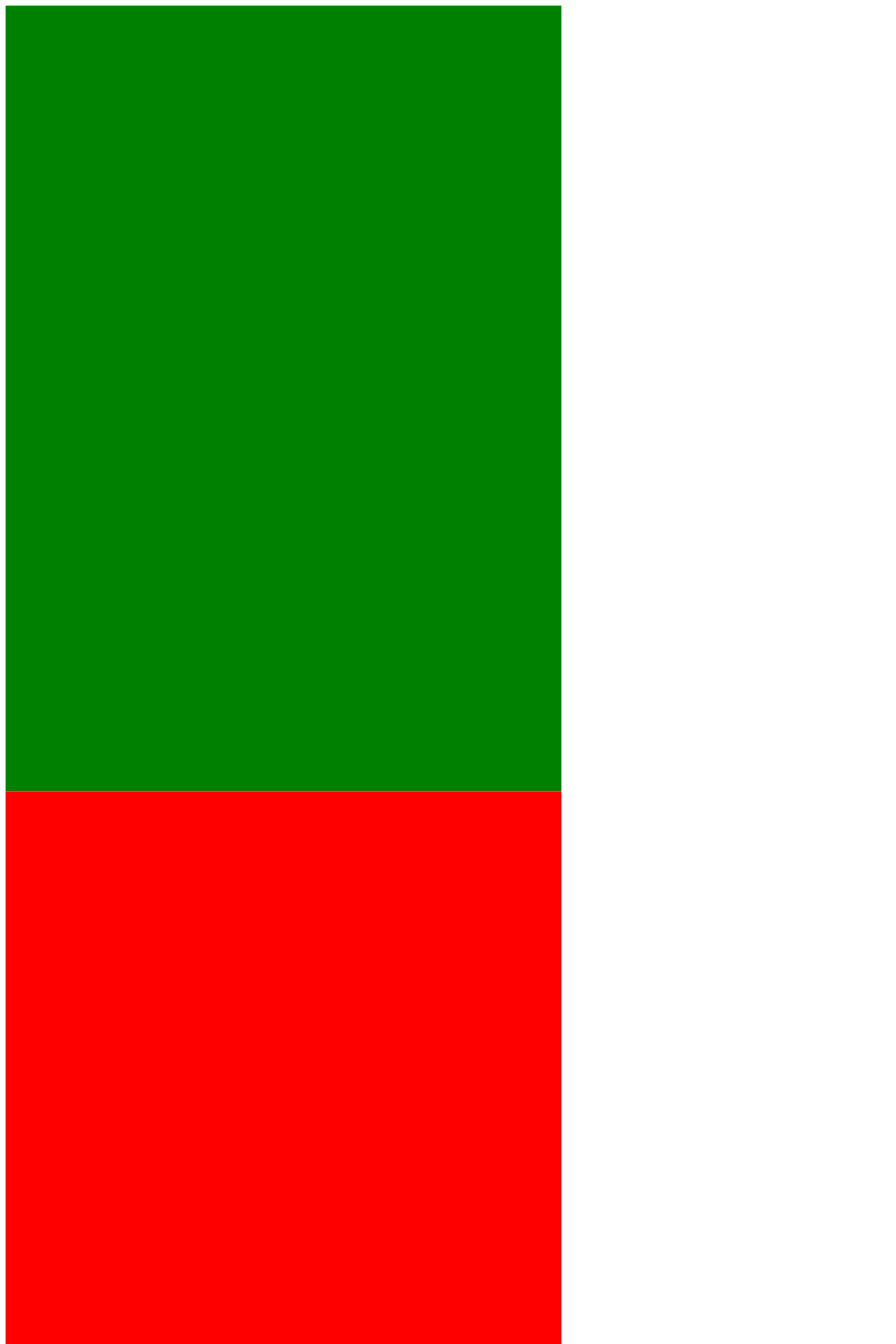
Repository: mrdizzy/node-casamiento
Page: public/wip/test_print/ie.html
The author's editor kept a record of every edit. The page is drawn from the files as they stood at one moment, then again after the next edit.
The browser window is 1280 px wide. The pictures show the part of the page from y = 0 to 1920 px (the page is 4506 px tall before and 4490 px after), at 70% of full size.

Above is the page before.

### public/wip/test_print/ie.html
<!doctype html>

<html>

<head>
  <style type="text/css">

/* Print
//////////////////////////////// */
  @media print {

   html, body, div { background-image:none; margin:0;padding:0;border:0; }

    #printsvg { display:block; }
    .group { height:297mm;width:210mm;page-break-after:always; }
    #background_container, #ui_print_alert { display:none; }
  }
  @page{
margin-left: 0;
margin-right: 0;
margin-top: 0;
margin-bottom: 0;
margin: 0;
size: A4 portrait;
}
  </style>
</head>

<body>
<div class="group" style="width:210mm;height:297mm;background-color:green;">
  </div>

<div class="group" style="width:210mm;height:297mm;background-color:red;">
  </div>

<div class="group" style="width:210mm;height:297mm;background-color:blue;">
  </div>

<div class="group" style="width:210mm;height:297mm;background-color:yellow;">
  </div>
</body>

</html>

After the next edit:
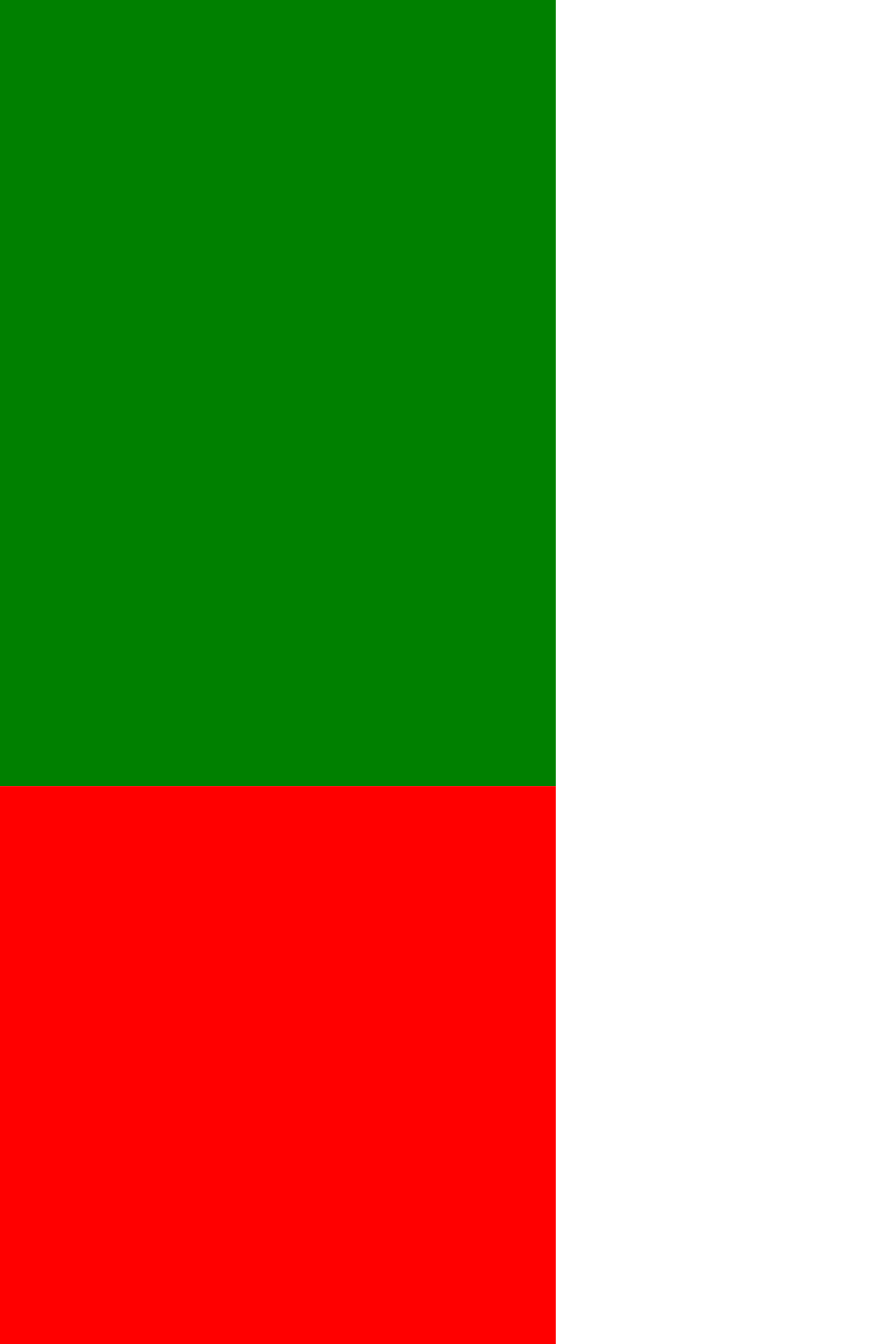
The edit:
--- a/public/wip/test_print/ie.html
+++ b/public/wip/test_print/ie.html
@@ -4,7 +4,7 @@
 
 <head>
   <style type="text/css">
-
+  html, body, div { background-image:none; margin:0;padding:0;border:0; }
 /* Print
 //////////////////////////////// */
   @media print {
